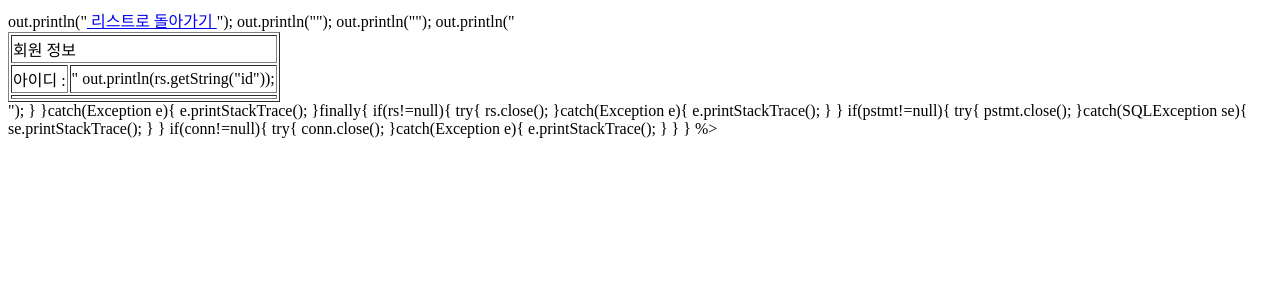
Repository: rumor1993/KH1
Page: http://localhost/JspProject/ch11/Member2/select.jsp
The author's editor kept a copy of each file at every save. The page is drawn from the files as they stood at one save, then again after the next save.
The browser window is 1280 px wide. The pictures show the whole page.
The page is served by Tomcat 9.

Above is the page before, as saved 2018-05-08 03:27:47.

### JspProject/WebContent/ch11/Member2/select.jsp
<%@ page language="java" contentType="text/html; charset=EUC-KR"
    pageEncoding="EUC-KR"%>
<%@ page import = "java.sql.*" %>
<%@ page import = "javax.sql.*" %>
<%@ page import = "javax.naming.*" %>
<!DOCTYPE html>
<html>
<head>
<title>Insert title here</title>
</head>
<body>
<%
	request.setCharacterEncoding("euc-kr");
%>



	<table border=1>
	<tr>
	<td colspan =2>회원 정보</td>
	</tr>
	<tr>
		<td>
		아이디 :
		</td>
		<td>"
		out.println(rs.getString("id"));
		</td>
		</tr>



 		<tr>
		<td colspan=2></td>
		out.println("<a href='member_list.jsp'> 리스트로 돌아가기 </a>");
		out.println("</td>");
		out.println("</tr>");
		out.println("</table>");
	}

	}catch(Exception e){
		e.printStackTrace();
	}finally{
		if(rs!=null){
			try{
				rs.close();
			}catch(Exception e){
				e.printStackTrace();
			}
		}
		if(pstmt!=null){

			try{
				pstmt.close();
			}catch(SQLException se){
				se.printStackTrace();
			}
		}
		if(conn!=null){
			try{
				conn.close();
			}catch(Exception e){
				e.printStackTrace();
			}
		}
	}


%>
</body>
</html>

After the next save:
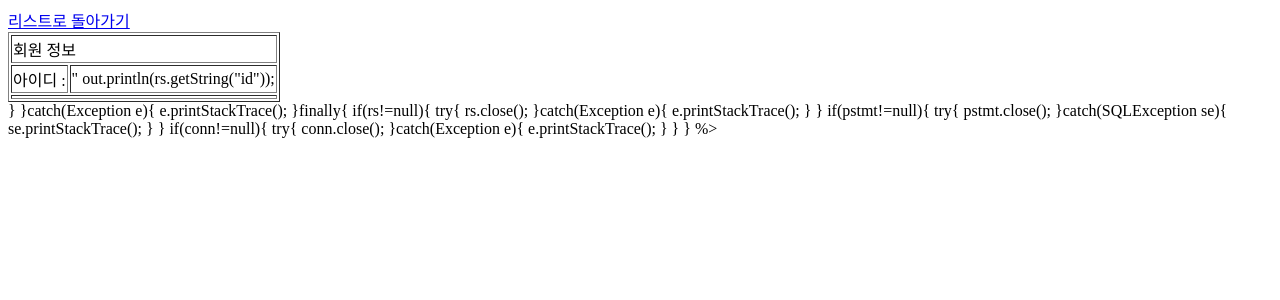
Saved 14 s later.
--- a/JspProject/WebContent/ch11/Member2/select.jsp
+++ b/JspProject/WebContent/ch11/Member2/select.jsp
@@ -32,10 +32,10 @@
 
  		<tr>
 		<td colspan=2></td>
-		out.println("<a href='member_list.jsp'> 리스트로 돌아가기 </a>");
-		out.println("</td>");
-		out.println("</tr>");
-		out.println("</table>");
+		<a href='member_list.jsp'> 리스트로 돌아가기 </a>
+		</td>
+		</tr>
+		</table>
 	}
 
 	}catch(Exception e){
